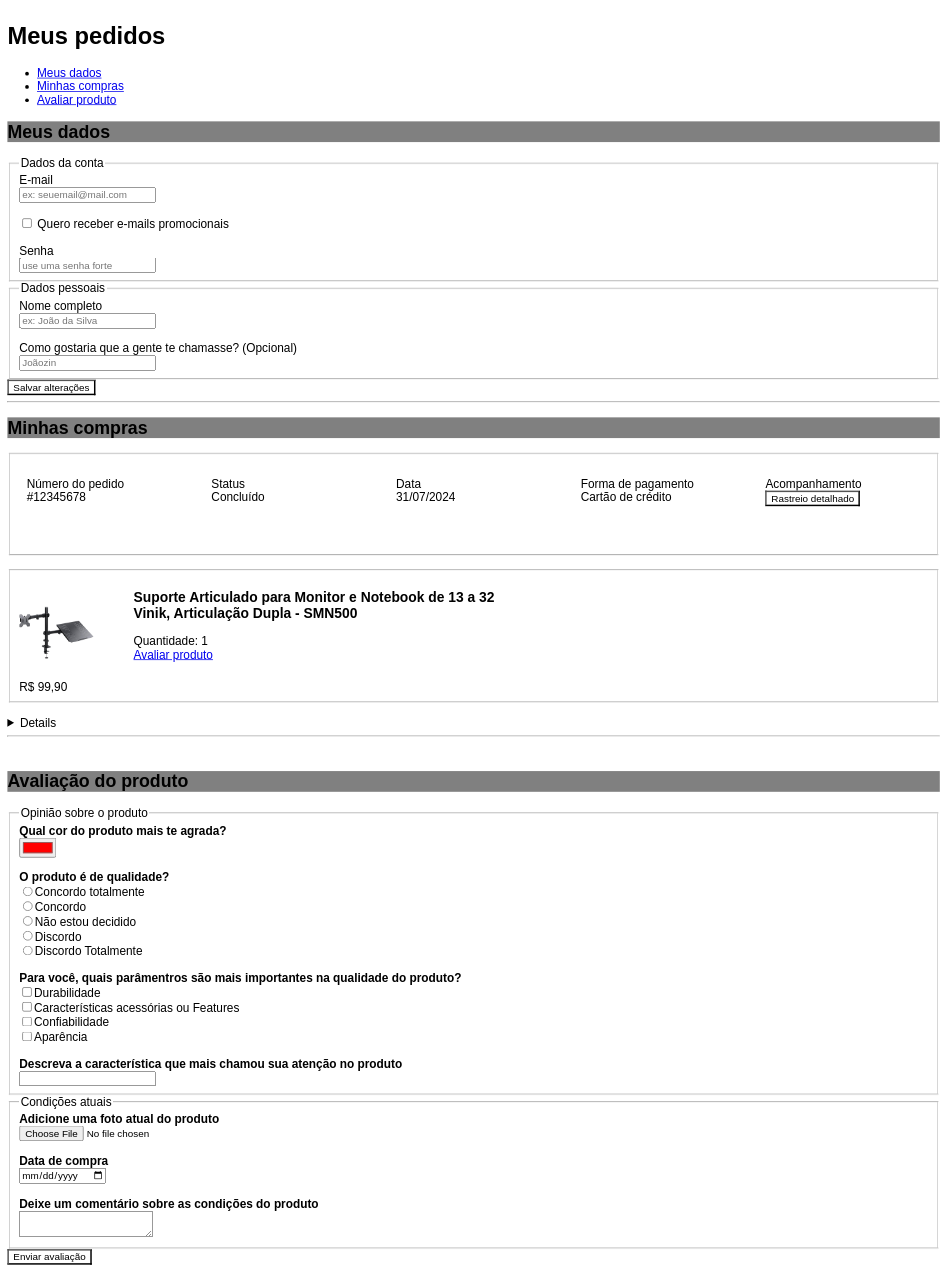
Repository: claudemir-camargo/site-compras
Page: index.html
These files come from the project's save history. The page is drawn as it stood at one moment and after the next save; the edit follows.
The browser window is 1280 px wide. The pictures show the whole page, at 74% of full size.

Above is the page before, as saved 2024-03-10 00:49:12.

After the next save:
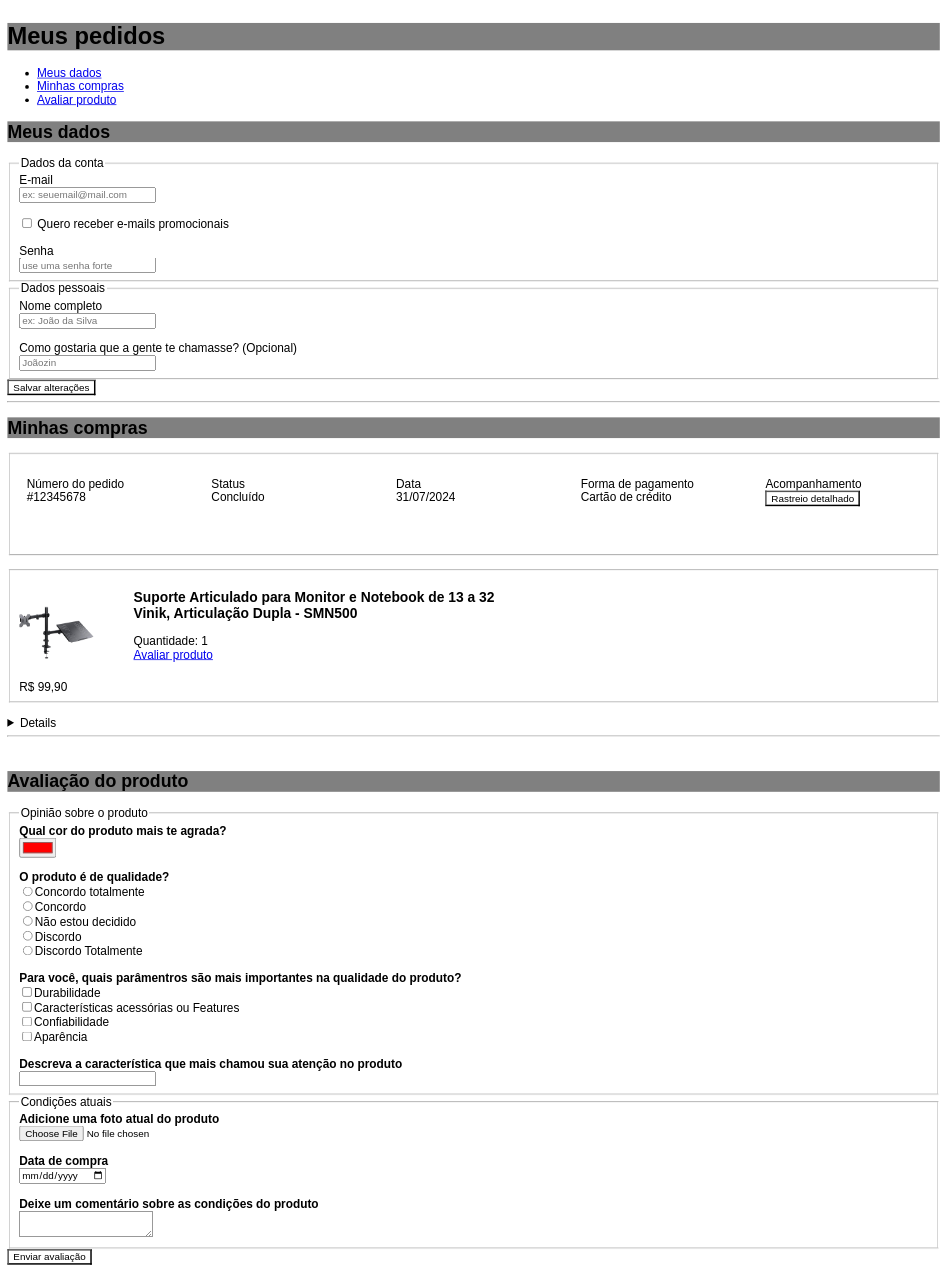
Saved 32 s later.
--- a/css/style.css
+++ b/css/style.css
@@ -2,7 +2,7 @@
     font-family: Arial, Helvetica, sans-serif;
 }
 
-h2 {
+h1, h2 {
     border-top: 1000px black;
     background-color: gray;
 }
